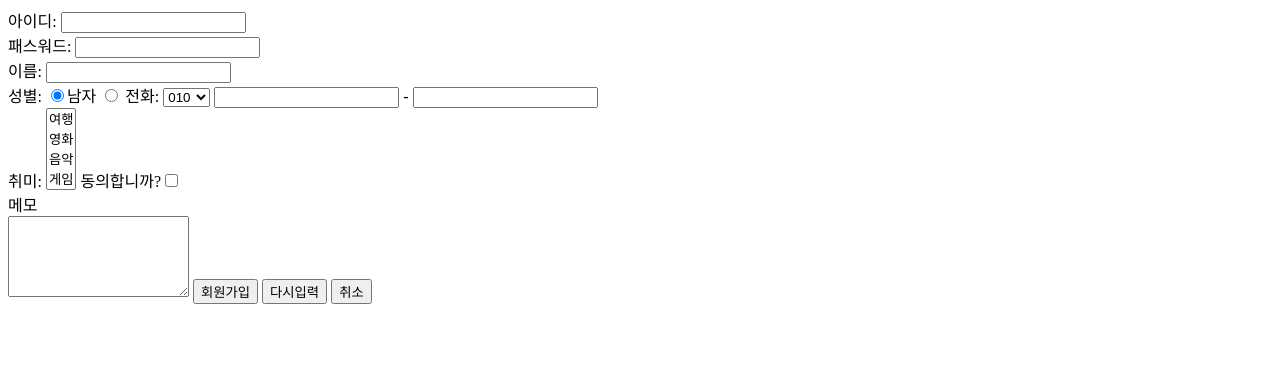
Repository: ProSleeper/itwill
Page: http://localhost/study/day1/test2.jsp
The author's editor kept a copy of each file at every save. The page is drawn from the files as they stood at one save, then again after the next save.
The browser window is 1280 px wide. The pictures show the whole page.
The page is served by Tomcat 9.

Above is the page before, as saved 2022-07-18 02:15:00.

### study/WebContent/day1/test2.jsp
<%@ page language="java" contentType="text/html; charset=UTF-8"
	pageEncoding="UTF-8"%>
<!DOCTYPE html>
<html>
<head>
<meta charset="UTF-8">
<title>Insert title here</title>
</head>
<body>

<!-- 일반적으로 form양식은 post방식을 씀 -->
	<form action="" method="post" name="myForm">

		아이디: <input type="text" name="userId" /><br /> 패스워드: <input
			type="password" name="userPwd" /><br /> 이름: <input type="text"
			name="userName" /><br /> 성별: <input type="radio" name="gender"
			value="M" checked="checked" />남자 <input type="radio" name="gender"
			value="F" /> 전화: <select name="tel1">
			<option value="">선택</option>
			<option value="010" selected="selected">010</option>
			<option value="070">070</option>
			<option value="011">011</option>

		</select> <input type="text" name="tel2" /> - <input type="text" name="tel3"><br />

		취미: <select multiple="multiple" size="4" name="hobby">
			<option value="여행">여행</option>
			<option value="영화">영화</option>
			<option value="음악">음악</option>
			<option value="게임">게임</option>

		</select> 동의합니까?<input type="checkbox" name="agreeChk" value="Y"><br />

		메모<br />
		<textarea rows="5" cols="20" name="memo"></textarea>

		<input type="button" value="회원가입" onclick="" />
		<input type="reset" value="다시입력" />
		<input type="button" value="취소" />




	</form>



</body>
</html>

After the next save:
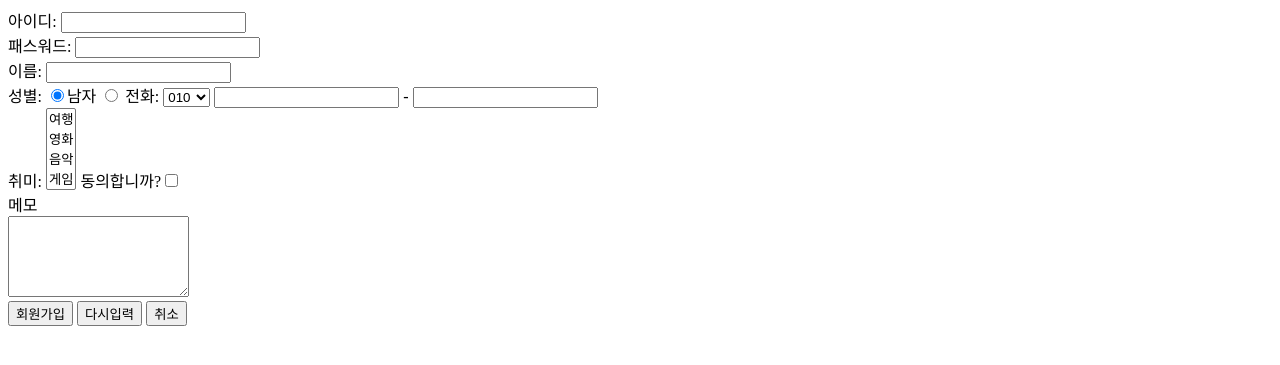
Saved 39 s later.
--- a/study/WebContent/day1/test2.jsp
+++ b/study/WebContent/day1/test2.jsp
@@ -32,7 +32,7 @@
 		</select> 동의합니까?<input type="checkbox" name="agreeChk" value="Y"><br />
 
 		메모<br />
-		<textarea rows="5" cols="20" name="memo"></textarea>
+		<textarea rows="5" cols="20" name="memo"></textarea><br/>
 
 		<input type="button" value="회원가입" onclick="" />
 		<input type="reset" value="다시입력" />
